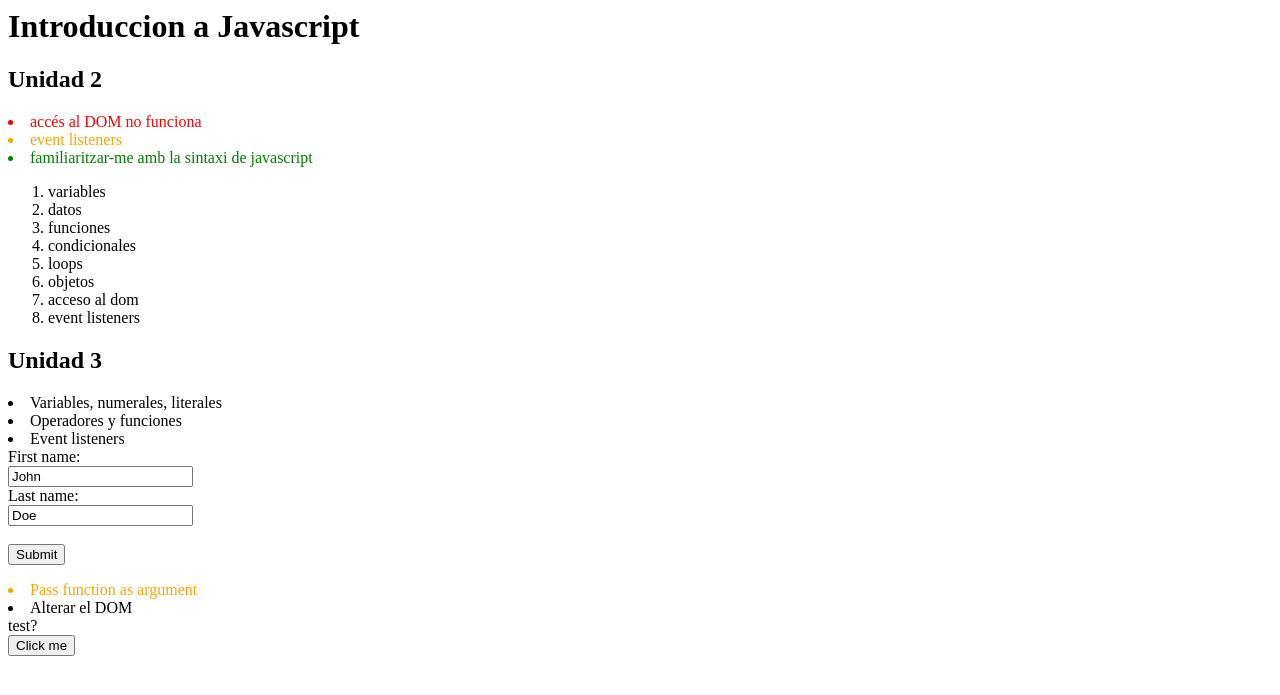
Repository: gabrielardevol/portfolio-react
Page: javascript_domestika/html.html
The author's editor kept a copy of each file at every save. The page is drawn from the files as they stood at one save, then again after the next save.
The browser window is 1280 px wide. The pictures show the whole page.
After loading, the first visible `#testbutton` was clicked once.

Above is the page before, as saved 2022-12-20 10:43:55.

### javascript_domestika/html.html
<html>
  <head>
<style>

</style>
  </head>
  <body>
    <h1>Introduccion a Javascript</h1>
    <h2>Unidad 2</h2>
     <!-- <script src = "javascript.js"></script> -->

    <li style = "color: red">accés al DOM no funciona</li>
    <li style = "color: orange">event listeners</li>
    <li style = "color: green">familiaritzar-me amb la sintaxi de javascript</li>
    <ol>
      <li>variables</li>
      <li>datos</li>
      <li>funciones</li>
        <script>
          function mensaje() {
            console.log("això és un missatge")
          }
          mensaje()
        </script>
      <li>condicionales</li>
        <script>
          contento = false
          if (contento === true) {
            console.log(":)")
          } else {
            console.log(":(")
          }
          contento = true //not printing
        </script>
      <li>loops</li>
        <script>
          var nombres = ["Juanito", "Jorgito", "Jaimito"]; // nombres = ["Juanito", "", ""]
          function mensaje(nombre) { // do    end
            console.log("Hola, " + nombre);
          }
          function mensaje2(nombre) { // do    end
            console.log("Como estás, " + nombre + "?");
          }
          nombres.forEach(function(elemento) {
            mensaje(elemento);
            mensaje2(elemento);
            console.log(elemento);
          }) ;
        </script>
      <li>objetos</li>
      <script>

        var coche = {
          marca: "mercedes",
          motor: "electric",
          accelera: function() {     //not
            console.log("bruuuuum"); //    working
          }
        }
        console.log(coche.motor)
        coche.accelera
        console.log(coche.accelera)
      </script>
      <li>acceso al dom</li>
        <script>
          var encabezado = document.querySelector("h1");
          encabezado.textcontent = "Javascript is useful" // not working
        </script>
      <li>event listeners</li>

    </ol>
    <script async defer>
      alert("This is an embedded script")
    </script>

    <h2>Unidad 3</h2>
    <li>Variables, numerales, literales</li>
    <li id="operadoresyfunciones">Operadores y funciones</li>
    <li>Event listeners</li>

    <form id = "miform">
      <label for="fname">First name:</label><br>
      <input type="text" id="fname" name="fname" value="John"><br>
      <label for="lname">Last name:</label><br>
      <input type="text" id="lname" name="lname" value="Doe"><br><br>
      <input type="submit" value="Submit">
    </form>


    <li style = "color:orange">Pass function as argument</li>
    <script>
      var numero = 2
      alert(numero)
      function sumar(num) {
         num += 3
         return num
       }
      // alert(sumar(numero))
      function metode(variab, funci) {
        return funci(variab)+5
      }
      alert(metode(numero, sumar))
    </script>

<li>Alterar el DOM</li>
    <div id="alterareldom">
      test?
    </div>
    <button id = "testbutton"> Click me </button>
    <script>
      clicks = 0
      function sumar() {
        clicks += 1

        console.log("holaaa" + clicks)
      }
        var button = document.querySelector("#testbutton")
        button.addEventListener("click", sumar)

    </script>


<script>
  function saludar(form) {
    form.preventDefault();
    alert("hola")
  }
  var form = document.querySelector("#miform");

  form.addEventListener("click", saludar)
  </script>



  </body>
</html>

After the next save:
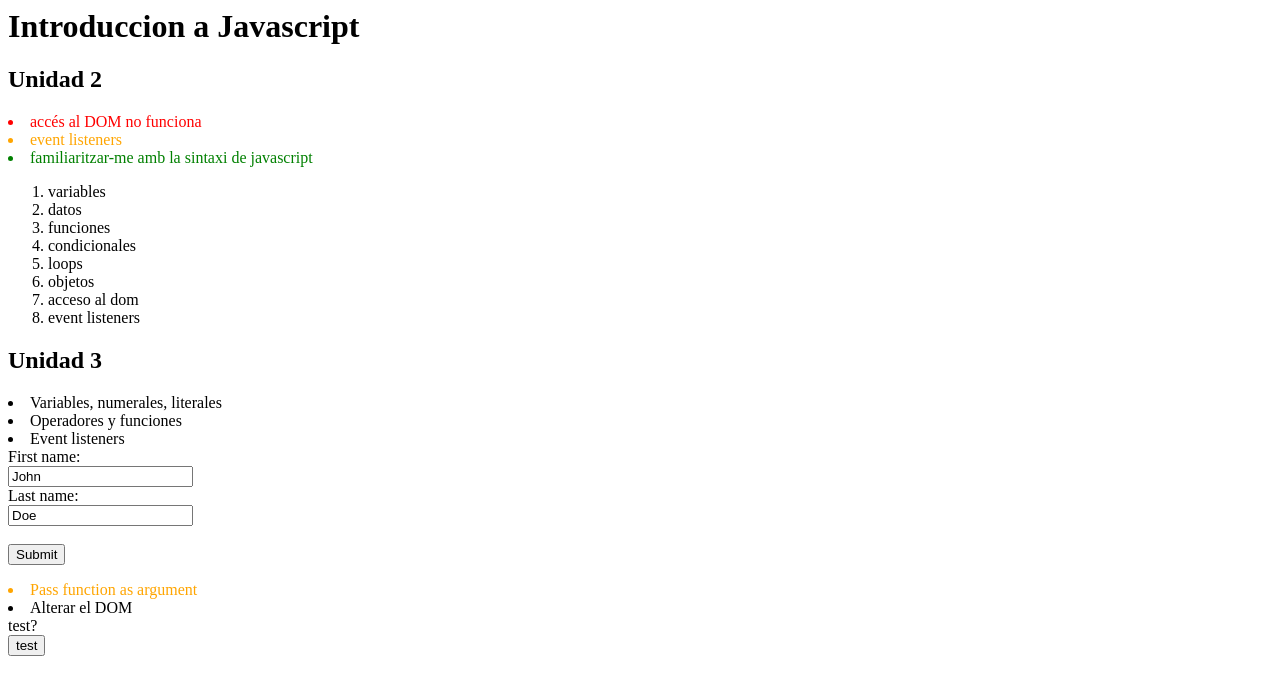
Saved 61 s later.
--- a/javascript_domestika/html.html
+++ b/javascript_domestika/html.html
@@ -108,11 +108,11 @@
     </div>
     <button id = "testbutton"> Click me </button>
     <script>
-      clicks = 0
+      // clicks = 0
       function sumar() {
-        clicks += 1
-
-        console.log("holaaa" + clicks)
+        buttontext = document.querySelector("#testbutton")
+        buttontext.innerText = "test"
+        // console.log("holaaa" + clicks)
       }
         var button = document.querySelector("#testbutton")
         button.addEventListener("click", sumar)
